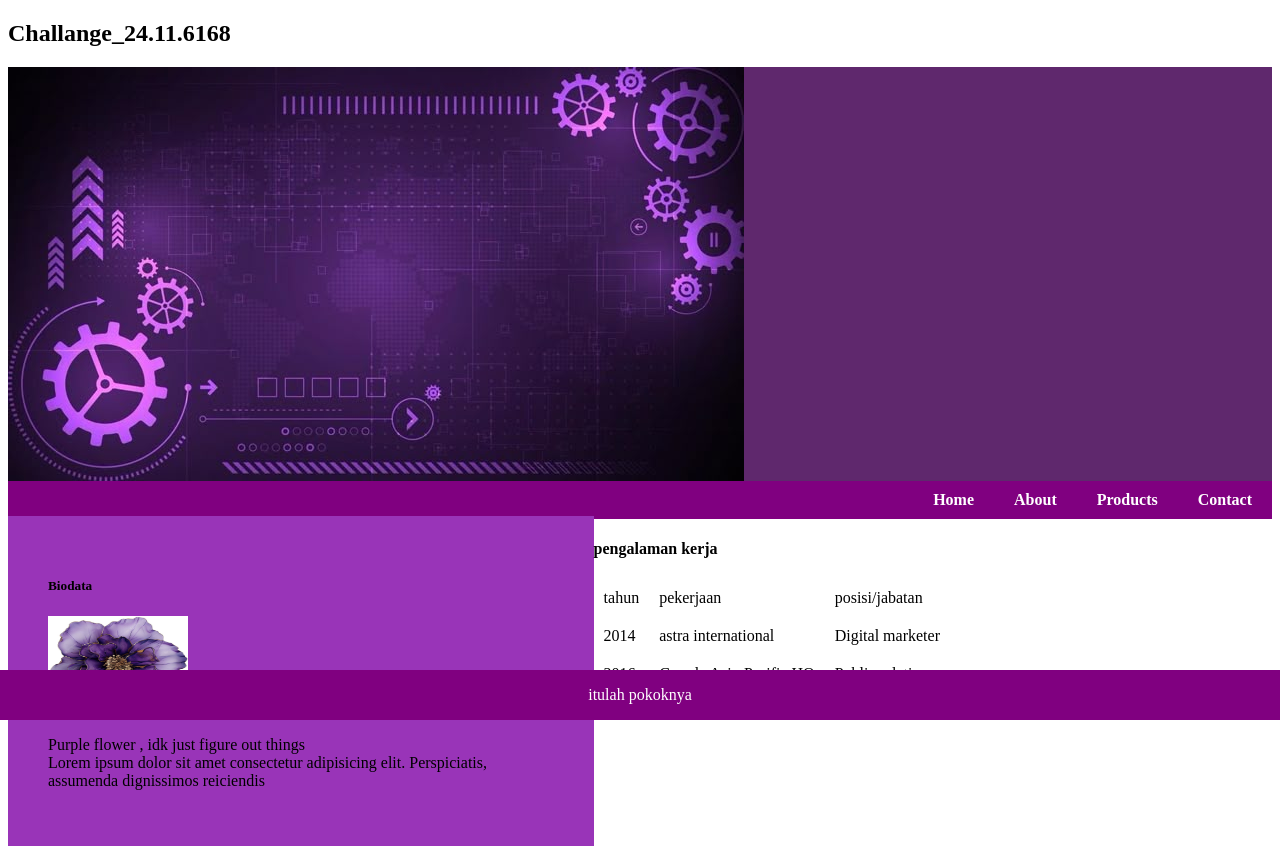
Repository: Ms-Ulfiyahrustam/p5_pemogramanweb
Page: index.html
The author's editor kept a copy of each file at every save. The page is drawn from the files as they stood at one save, then again after the next save.
The browser window is 1280 px wide. The pictures show the whole page.

Above is the page before, as saved 2026-04-27 10:01:52.

### index.html
<!DOCTYPE html>
<html lang="en">
<head>
    <meta charset="UTF-8">
    <meta name="viewport" content="width=device-width, initial-scale=1.0">
    <link rel="stylesheet" href="style.css">
    <title>Document</title>
</head>
<body class="">
    <h2>Challange_24.11.6168</h2>
    <div class="flex-container">
        <img src="download.jpg" alt="">
    </div>
    <div class="leftside">
        <h5>Biodata</h5>
        <img src="purple.jpg" alt="" width="140" height="100" >
        <p>Purple flower , idk just figure out things <br>
            Lorem ipsum dolor sit amet consectetur adipisicing elit. Perspiciatis, assumenda dignissimos reiciendis  <br>
        </p>
    </div>
    <div class="midplace">
<nav class="menu">
  <ul>
    <li><a href="#">Home</a></li>
    <li><a href="#">About</a></li>
    <li><a href="#">Products</a></li>
    <li><a href="#">Contact</a></li>
  </ul>
</nav>
        </div>

        <div class="rightside">
            <h4>pengalaman kerja</h4>
            <table cellspacing="0" cellpadding="10" colspan="3" >
                    <tr >
                        <td>tahun</td>
                        <td> pekerjaan</td>
                        <td>posisi/jabatan</td>
                    </tr>
                    <tr >
                        <td>2014</td>
                        <td>astra international</td>
                        <td>Digital marketer</td>
                    </tr>

                    <tr>
                        <td>2016</td>
                        <td>Google Asia-Pasific HQ</td>
                        <td>Public relation</td>
                    </tr>
            </table>
        </div>


        <footer class="footer">
            <p>itulah pokoknya</p>
        </footer>
</body>
</html>

### style.css


.flex-container{
    display: flex;
    background-color: rgb(95, 40, 109);
    margin: auto;
}

.leftside{

    float:left;
    background-color: rgb(153, 52, 184);
    margin-top: 35px;
    width:40%;
    height: 40%;
    padding: 40px;


}

leftside img{
    justify-content: center;
}

.rightside{
    justify-content: right;
}

.rightside h5 {
    justify-content: center;
    margin: auto;
    padding: 10px;
}


.midplace{
    background-color: purple;
    color: azure;

}

.menu {
  background-color: purple;
  padding: 10px 0;
}

.menu ul {
  display: flex;
  justify-content: right;
  list-style: none;
  margin: 0;
  padding: 0;
}

.menu li {
  margin: 0 20px;
}

.menu a {
  text-decoration: none;
  color: white;
  font-weight: bold;
}

.footer {
    background-color :purple;position: fixed;
    left: 0;
    bottom: 0;
    width: 100%;
    color: white;
    text-align: center;
}

After the next save:
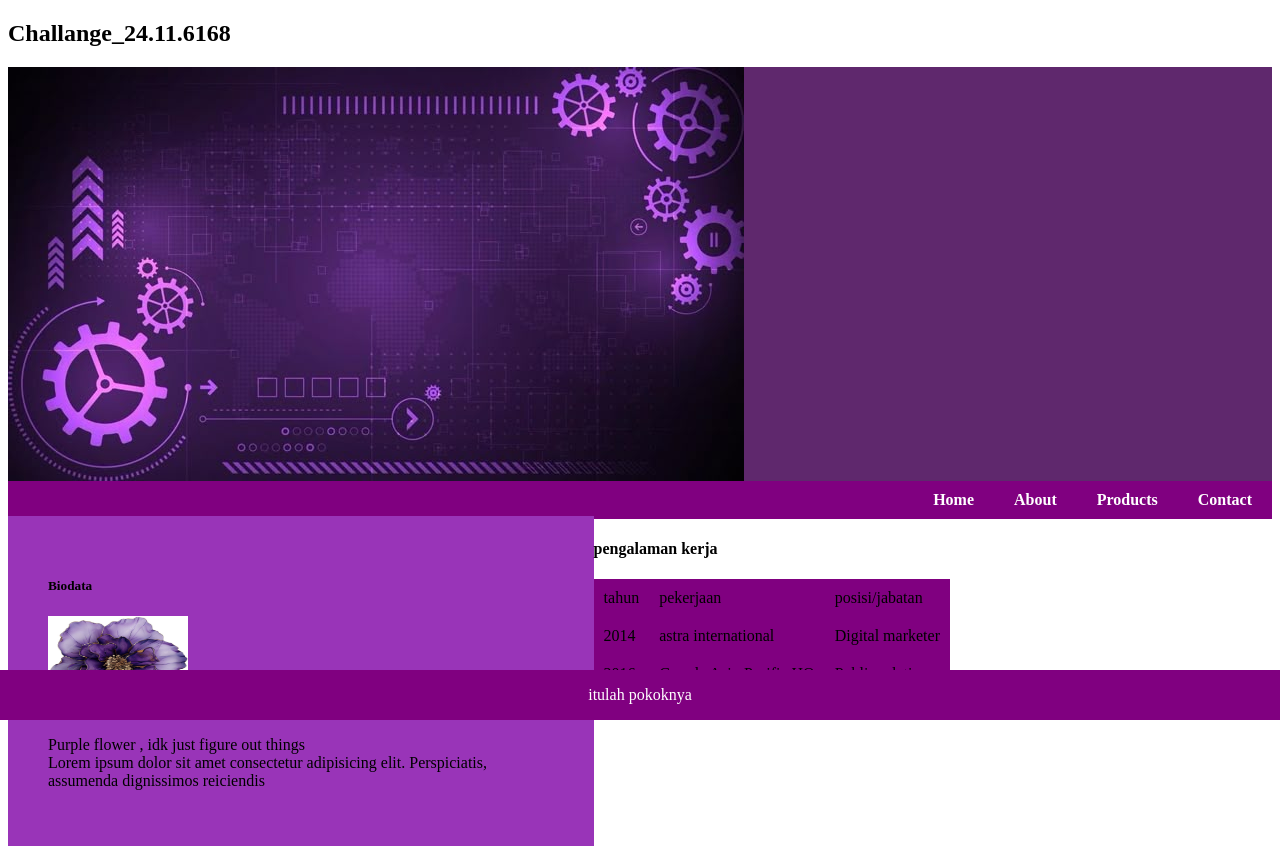
Saved 50 s later.
--- a/style.css
+++ b/style.css
@@ -32,6 +32,9 @@ leftside img{
     padding: 10px;
 }
 
+.rightside table {
+    background-color : purple;
+}
 
 .midplace{
     background-color: purple;
